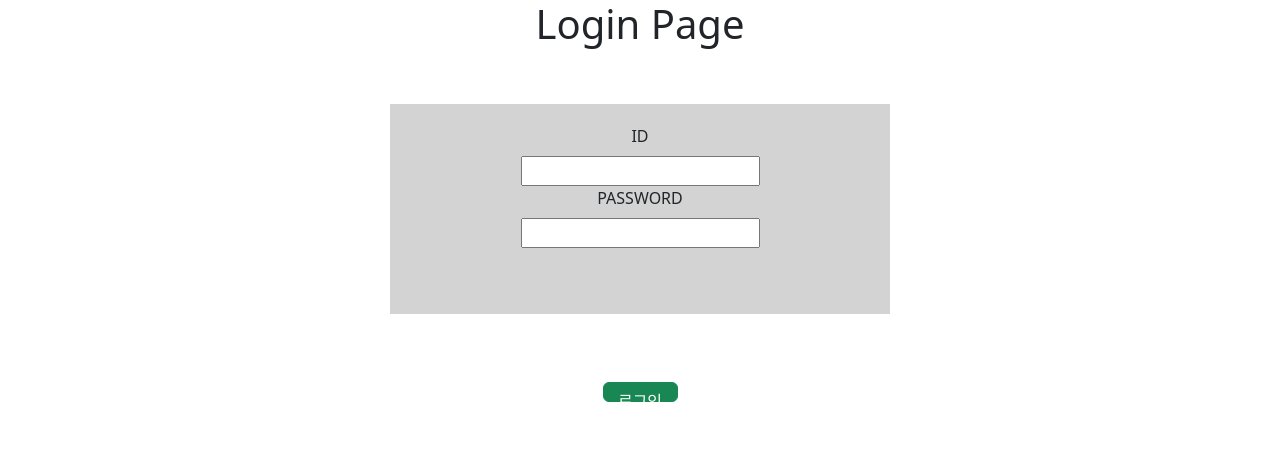
Repository: doridori890130/JSP
Page: http://localhost/jsp_project/mem/login
These files come from the project's save history. The page is drawn as it stood at one moment and after the next save; the edit follows.
The browser window is 1280 px wide. The pictures show the whole page.
The page is served by Tomcat 9.

Above is the page before, as saved 2023-06-01 04:00:31.

After the next save:
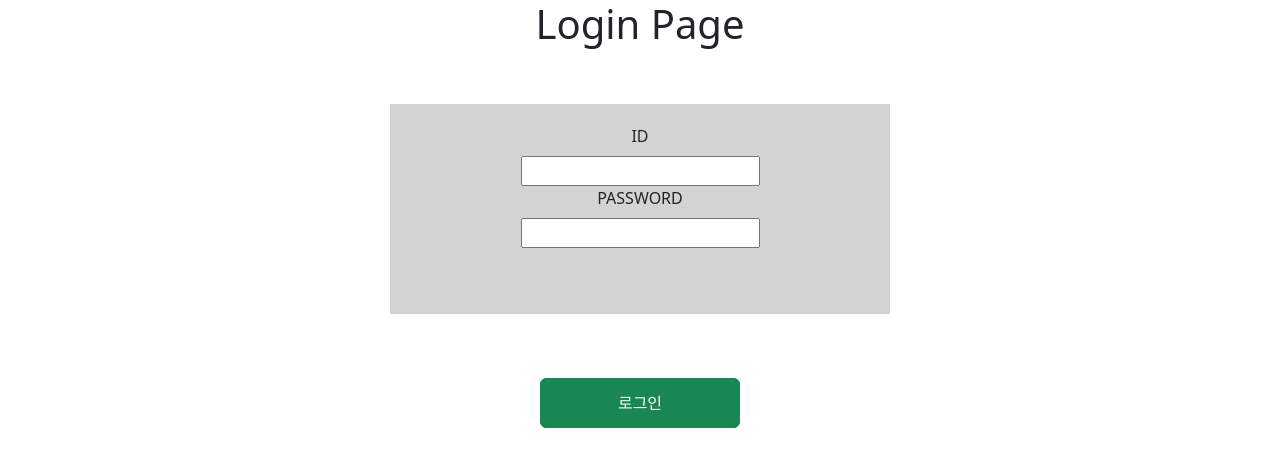
Saved 10 s later.
--- a/jsp_project4/jsp_project/src/main/webapp/member/login.jsp
+++ b/jsp_project4/jsp_project/src/main/webapp/member/login.jsp
@@ -21,8 +21,8 @@
  	padding-top: 10px;
  }
  button{
- 	width: 75px;
- 	height: 20px;
+ 	width: 200px;
+ 	height: 50px;
  }
 </style>
 <title>Insert title here</title>
